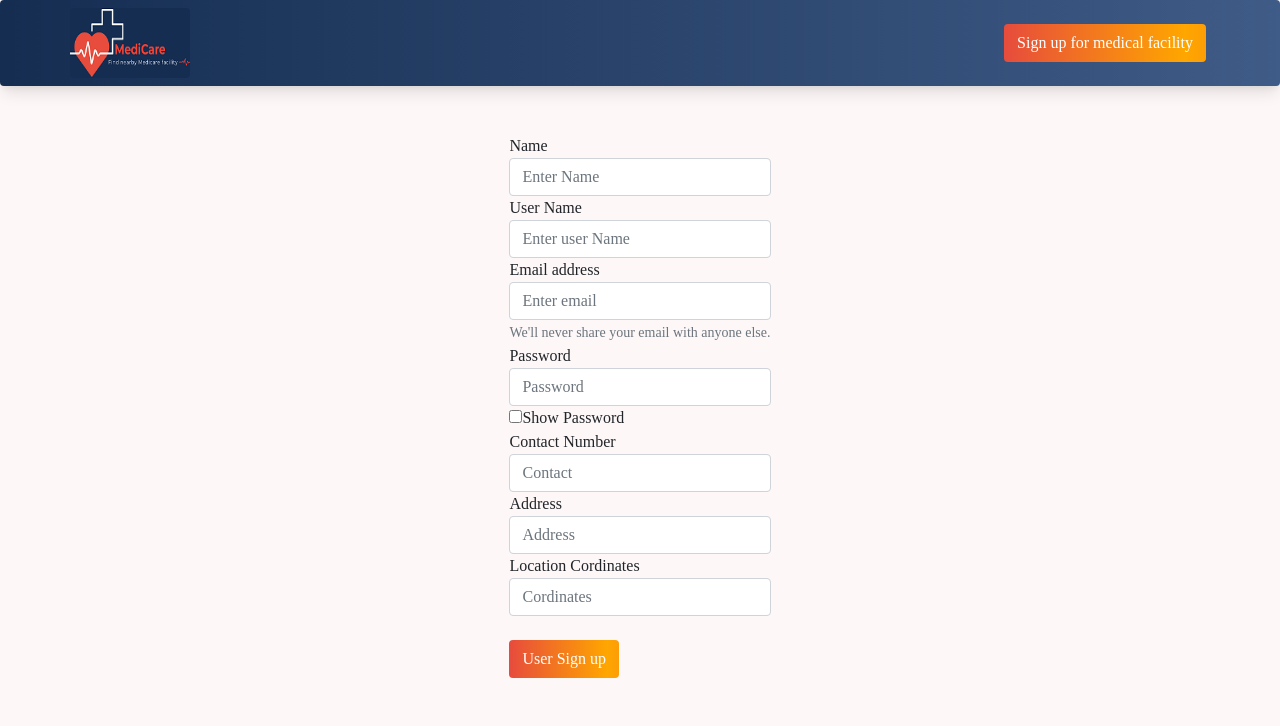
Repository: TanviRathore/Online-medicare-backend
Page: Medicare/WebContent/signup.html
These files come from the project's save history. The page is drawn as it stood at one moment and after the next save; the edit follows.
The browser window is 1280 px wide. The pictures show the whole page.
Some web libraries are served in a nearby version.

Above is the page before, as saved 2022-04-11 16:55:24.

### Medicare/WebContent/signup.html
<!DOCTYPE html>
<html lang="en">
<head>
    <meta charset="UTF-8">
    <meta http-equiv="X-UA-Compatible" content="IE=edge">
    <meta name="viewport" content="width=device-width, initial-scale=1.0">
    <link rel="stylesheet" href="style.css">
    <link rel="icon" href="./assets/logo$.png" type="image/icon type">
    <!-- CSS only -->
    <link href="https://cdn.jsdelivr.net/npm/bootstrap@5.1.0/dist/css/bootstrap.min.css" rel="stylesheet"
        integrity="sha384-KyZXEAg3QhqLMpG8r+8fhAXLRk2vvoC2f3B09zVXn8CA5QIVfZOJ3BCsw2P0p/We" crossorigin="anonymous">
    <!-- icons -->
    <link rel="stylesheet" href="https://pro.fontawesome.com/releases/v5.10.0/css/all.css"
        integrity="sha384-AYmEC3Yw5cVb3ZcuHtOA93w35dYTsvhLPVnYs9eStHfGJvOvKxVfELGroGkvsg+p" crossorigin="anonymous" />
    <title>Medicare</title>

    <script>
        function myFunction() {
            var x = document.getElementById("password");
            if (x.type === "password") {
                x.type = "text";
            } else {
                x.type = "password";
            }
        }
    </script>
</head>
<body style="background-color: rgb(253, 247, 247); font-family: 'Satisfy', cursive; overflow-x: hidden;">

    <header>
        <nav class="navbar navbar-expand-md rounded d-flex justify-content-between">
            <div style="height:70px; width: 120px;">
                <div style="width: 100%; height: 100%;">
                    <img src="./assets/Logo (2).png" alt="logo" style="width:100%; height: 100%; background-size: 200% auto;" class="rounded"/>
                </div>
            </div>
            <div class="d-flex flex-row justify-content-between">
                <div>
                    <a class="btn button-outline-none text-white m-1" href="ClinicSignup.html">
                        Sign up for medical facility
                    </a>
                </div>
            </div>
        </nav>
    </header>

    <main class="conatiner m-5">
        <div class="d-flex justify-content-center">
            <form action="Signup">
            	<div class="form-group">
                  <label for="name">Name</label>
                  <input type="text" class="form-control" name="name" id="name" aria-describedby="name" placeholder="Enter Name" required>
                </div>
                <div class="form-group">
                    <label for="Uname">User Name</label>
                    <input type="text" class="form-control" name="Uname" id="Uname" aria-describedby="Username" placeholder="Enter user Name" required pattern="^[a-zA-Z0-9]([._-](?![._-])|[a-zA-Z0-9]){3,18}[a-zA-Z0-9]$"
                    title="Must start with an alphanumeric characterfollow by a dot, hyphen, or underscore, and at least 5 or more characters">
                </div>
                <div class="form-group">
                    <label for="email">Email address</label>
                    <input type="email" class="form-control" name="email" id="email" aria-describedby="emailHelp" placeholder="Enter email" required>
                    <small id="emailHelp" class="form-text text-muted">We'll never share your email with anyone else.</small>
                </div>
                <div class="form-group">
                  <label for="password">Password</label>
                  <input type="password" class="form-control" name="password" id="password" placeholder="Password" required pattern="(?=.*\d)(?=.*[a-z])(?=.*[A-Z]).{8,}"
                  title="Must contain at least one number and one uppercase and lowercase letter, and at least 8 or more characters">
                  <input type="checkbox" onclick="myFunction()">Show Password
                </div>
                <div class="form-group">
                    <label for="Contact">Contact Number</label>
                    <input type="number" class="form-control" name="Contact" id="Contact" placeholder="Contact" required pattern="[6-9] [0-9]+"
                    title="Enter valid number">
                </div>
                <div class="form-group">
                    <label for="address">Address</label>
                    <input type="text" class="form-control" name="address" id="address" placeholder="Address" required>
                </div>
                <div class="form-group">
                    <label for="Cordinates">Location Cordinates</label>
                    <input type="text" class="form-control" name="Cordinates" id="Cordinates" placeholder="Cordinates" required>
                </div><br>
                <button type="submit" class="btn text-white">User Sign up</button>
            </form>
        </div>
    </main>

</body>
</html>

### Medicare/WebContent/style.css
* {
    margin: 0;
    padding: 0;
    box-sizing: border-box;
}

.navbar{
    background-image: linear-gradient(to right,
    rgb(21,45,81) 0%,
    rgb(71, 100, 145) 60%,
    rgb(21,45,81)  100%);
    background-color: rgb(21,45,81);
    padding: 10px 70px ;
    background-size: 200% auto; transition: 0.5s;
    box-shadow: 0 10px 15px -3px rgb(0 0 0 / 10%), 0 4px 6px -2px rgb(0 0 0 / 5%);
}

.btn{
    background-image: linear-gradient(to right,
                    rgb(231,76,60) 0%,
                    rgb(255, 166, 0) 45%,
                    rgb(231,76,60)  100%);
    color: white;
    background-size: 200% auto; transition: 0.5s;
}


.btn:hover{
    background-position: right center;
    color: white;
}

.card{
    box-shadow: 0 10px 15px -3px rgb(0 0 0 / 10%), 0 4px 6px -2px rgb(0 0 0 / 5%);
}

.col{
	box-shadow: 0 10px 15px -3px rgb(0 0 0 / 10%), 0 4px 6px -2px rgb(0 0 0 / 5%);
	transition: transform 2s;
}

.col:hover{
	transform: scaleY(1.5);
}

#map {
  height: 400px;
  /* The height is 400 pixels */
  width: 100%;
  /* The width is the width of the web page */
}

After the next save:
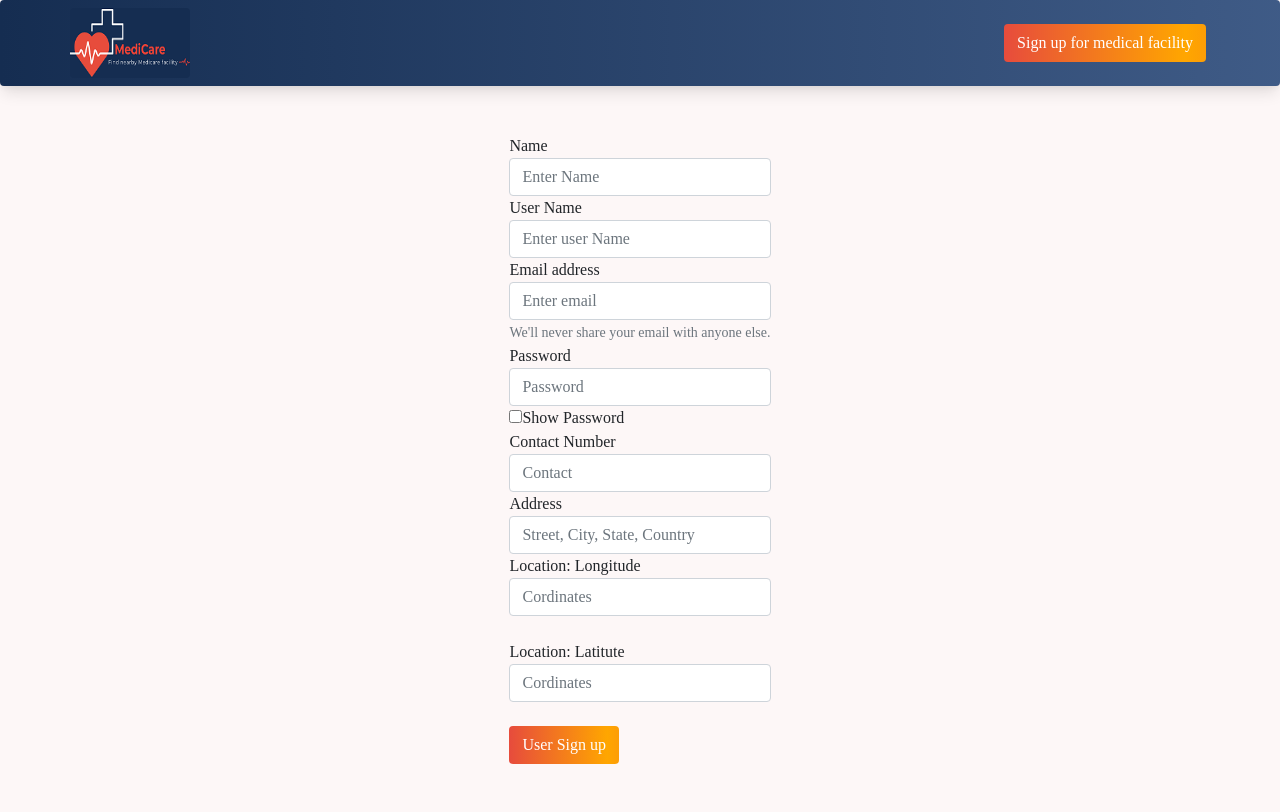
Saved 11 min 20 s later.
--- a/Medicare/WebContent/signup.html
+++ b/Medicare/WebContent/signup.html
@@ -74,11 +74,15 @@
                 </div>
                 <div class="form-group">
                     <label for="address">Address</label>
-                    <input type="text" class="form-control" name="address" id="address" placeholder="Address" required>
+                    <input type="text" class="form-control" name="address" id="address" placeholder="Street, City, State, Country" required>
                 </div>
                 <div class="form-group">
-                    <label for="Cordinates">Location Cordinates</label>
-                    <input type="text" class="form-control" name="Cordinates" id="Cordinates" placeholder="Cordinates" required>
+                    <label for="LCordinates">Location: Longitude</label>
+                    <input type="text" class="form-control" name="lon" id="LCordinates" placeholder="Cordinates" required>
+                </div><br>
+                <div class="form-group">
+                    <label for="LaCordinates">Location: Latitute</label>
+                    <input type="text" class="form-control" name="lat" id="LaCordinates" placeholder="Cordinates" required>
                 </div><br>
                 <button type="submit" class="btn text-white">User Sign up</button>
             </form>
